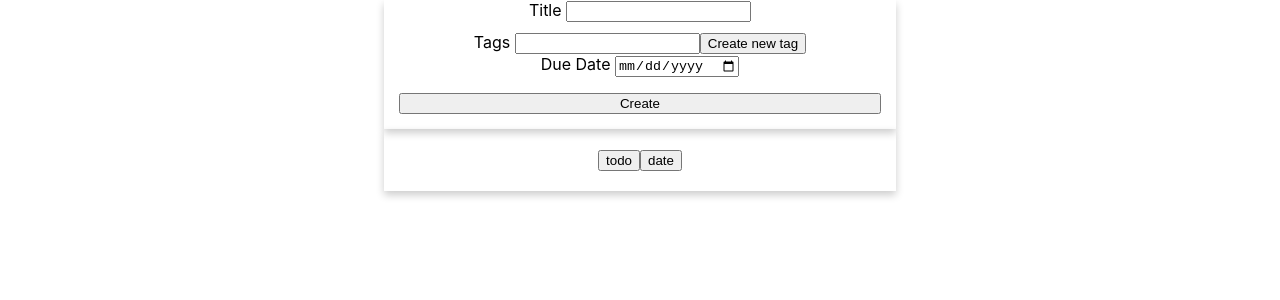
Repository: sanjayMamidipaka/reactappbits
Page: /
The author's editor kept a copy of each file at every save. The page is drawn from the files as they stood at one save, then again after a run of saves.
The browser window is 1280 px wide. The pictures show the whole page.
The project was rebuilt for these pictures with package versions that can differ from the ones it lists, and the page was loaded fresh each time. Also part of the build but not shown: src/components/Tag.css, src/components/Tag.tsx, src/components/TodoItem.tsx.

Above is the page before, as saved 2022-01-18 21:45:10.

### src/App.tsx
import logo from './logo.svg';
import './App.css';
import TodoList from './components/TodoList';

function App() {
  return (
    <div className="App">
      <TodoList/>
    </div>
  );
}

export default App;

### src/components/TodoList.tsx
import React, { EventHandler } from 'react'
import './TodoList.css'
import { useState } from 'react'
import Tag from './Tag'
import TodoItem from './TodoItem'
/**
 * Thank you for applying to Bits of Good. You are free to add/delete/modify any
 * parts of this project. That includes changing the types.ts, creating css files,
 * modifying import statements, using contexts, etc. We do recommend to keep it simple.
 * You will not be judged based on complexity. We also recommend using
 * multiple components instead of coding everything on this file :)
 *
 * Have fun! Please reach out to hello@bitsofgood.org or wkim330@gatech.edu if you
 * have any questions!
 *
 * Bits of Good Engineering Team
 *
 */
// TODO: Start coding from here

// Here's a baseline todo item type.
// Feel free to extend or create your own interface!

export default function TodoList() {
  const [title, setTitle] = useState('');
  const [tagValue, setTagValue] = useState('');
  const [index, setIndex] = useState(0);
  const [date, setDate] = useState('');
  const completedItems: any[] = [];
  const [todoListCompletedItems, setTodoListCompletedItems] = useState(completedItems);
  const [todoToggle, setTodoToggle] = useState(false);
  const [dateToggle, setDateToggle] = useState(false);
  const [checked, setChecked] = useState(false);

  const [tagArray, setTagArray] = useState<{name1: string, index1: number}[]>([]);

    const addNewTag = (e: React.MouseEvent<HTMLButtonElement>) => {
      e.preventDefault();
      if (tagValue !== "") {
        setTagArray((tagArray: {name1: string, index1: number}[]) => {
          return [...tagArray, {name1: tagValue, index1: index}];
        });
      }
      setIndex(index + 1);
      setTagValue('');

    }

    const removeElement = (index: number) => {
      setTagArray((tagArray)=>{
        let newTagArray = tagArray.filter((tagObject) => tagObject.index1 !== index);

        return newTagArray;
      })
      console.log(tagArray);

    }

    const handleSubmit = (e: React.MouseEvent<HTMLButtonElement>) => {
      const itemToAdd: any = {
      title: title,
      dueDate: date,
      tagList: tagArray,
      completed: false,
      idx: new Date().getTime().toString(),
      checked: checked
    }
    setTitle('');
    setTodoListCompletedItems([...todoListCompletedItems, itemToAdd]);
    setTagArray([]);
    setDate('');
    }

    const sortByTodo = () => {
      setTodoToggle(!todoToggle);


      if (todoToggle === true) {
        console.log(todoListCompletedItems)
        // todoListCompletedItems.sort((a,b) => {
        //   console.log(a + " " + b);

        //   a = a ? 1 : 0;
        //   b = b ? 1 : 0;
        //   return a - b;
        // })
      }

    }
  return (
    <div>
  <div className="card">
    <label htmlFor="nameLabel">Title </label>
        <input
          type="text"
          value={title}
          onChange={(e) => setTitle(e.target.value)}
        />
        <div style={{padding: '5px'}}></div>

        <label htmlFor="tagLabel">Tags </label>
        <input
          type="text"
          value={tagValue}
          onChange={(e) => setTagValue(e.target.value)}
        />
        <button type="submit" onClick={addNewTag}>
          Create new tag
        </button>

        <div>
          {tagArray.map((tagObject: {name1: string, index1: number}) => {
            return <Tag name={tagObject.name1} key={tagObject.index1} theIndex={tagObject.index1} remove={removeElement} include={"x"}></Tag>
          })}
        </div>

        <label htmlFor="dueDateLabel">Due Date </label>
        <input
          type="date"
          value={date}
          onChange={(e) => {
            setDate(e.target.value);
          }}
        />

        <div style={{padding: '15px'}} className = 'submitButton'>
          <button style ={{width: '100%'}} type='submit' onClick={handleSubmit}>Create</button>
        </div>

      </div>

      <div className="card">
          <div style={{padding: '10px'}}></div>
          <button onClick={sortByTodo}>todo</button>
          <button>date</button>
          <div style={{padding: '10px'}}></div>
      </div>

      <div>
          {todoListCompletedItems.map((todoListItem) => {
            return <TodoItem todoListItem={todoListItem} key={todoListItem.idx} index={todoListItem.idx} setChecked={setChecked}></TodoItem>
          })}
        </div>

        </div>
  )
}

### src/components/TodoList.css
.card {
  /* Add shadows to create the "card" effect */
  box-shadow: 0 4px 8px 0 rgba(0,0,0,0.2);
  transition: 0.3s;
  width: 40%;
  margin: 0 auto;
}

/* On mouse-over, add a deeper shadow */
.card:hover {
  box-shadow: 0 8px 16px 0 rgba(0,0,0,0.2);
}

/* Add some padding inside the card container */
.container {
  padding: 2px 16px;
}

### src/components/TodoItem.css
.card {
  /* Add shadows to create the "card" effect */
  box-shadow: 0 4px 8px 0 rgba(0,0,0,0.2);
  transition: 0.3s;
  width: 40%;
}

/* On mouse-over, add a deeper shadow */
.card:hover {
  box-shadow: 0 8px 16px 0 rgba(0,0,0,0.2);
}

.grid-container {
  display: grid;
  grid-template-columns: auto auto auto;
  padding: 0px;
  align-items: center;

}

.grid-item {
  padding: 0px;
  font-size: 20px;
  text-align: center;
  vertical-align: center;
  /* border: 1px solid rgba(0, 0, 0, 0.8); */
}

input[type=checkbox] {
    height: 20px;
    width: 20px;
}

Loaded but not shown: public/index.html (common file); src/index.tsx (common file); src/index.css (common file); src/reportWebVitals.js (common file); src/App.css (common file)

After the next 3 saves:
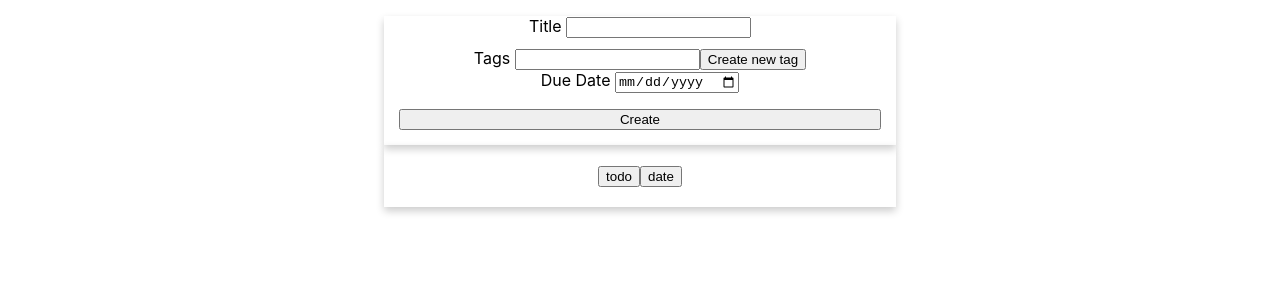
The 3 saves are shown as one change because they came seconds apart.
The last was saved 119 s later.
--- a/src/components/TodoList.tsx
+++ b/src/components/TodoList.tsx
@@ -90,6 +90,7 @@
   return (
     <div>
   <div className="card">
+    <p>{checked}</p>
     <label htmlFor="nameLabel">Title </label>
         <input
           type="text"

After the save that followed:
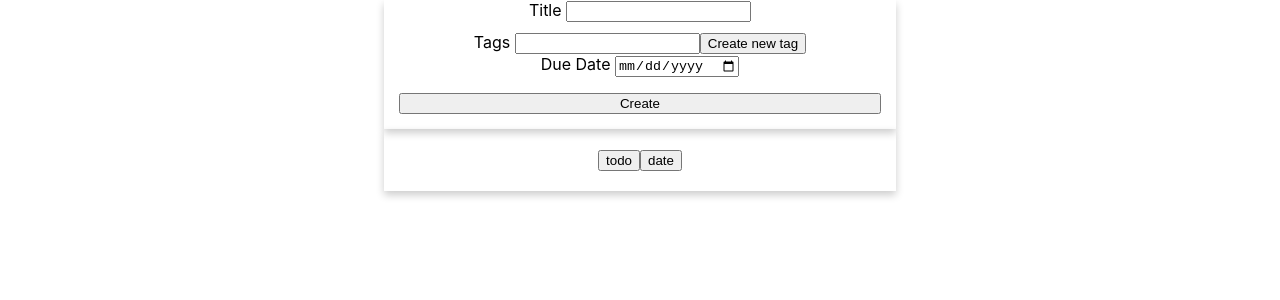
Saved 29 s later.
--- a/src/components/TodoList.tsx
+++ b/src/components/TodoList.tsx
@@ -90,7 +90,6 @@
   return (
     <div>
   <div className="card">
-    <p>{checked}</p>
     <label htmlFor="nameLabel">Title </label>
         <input
           type="text"
